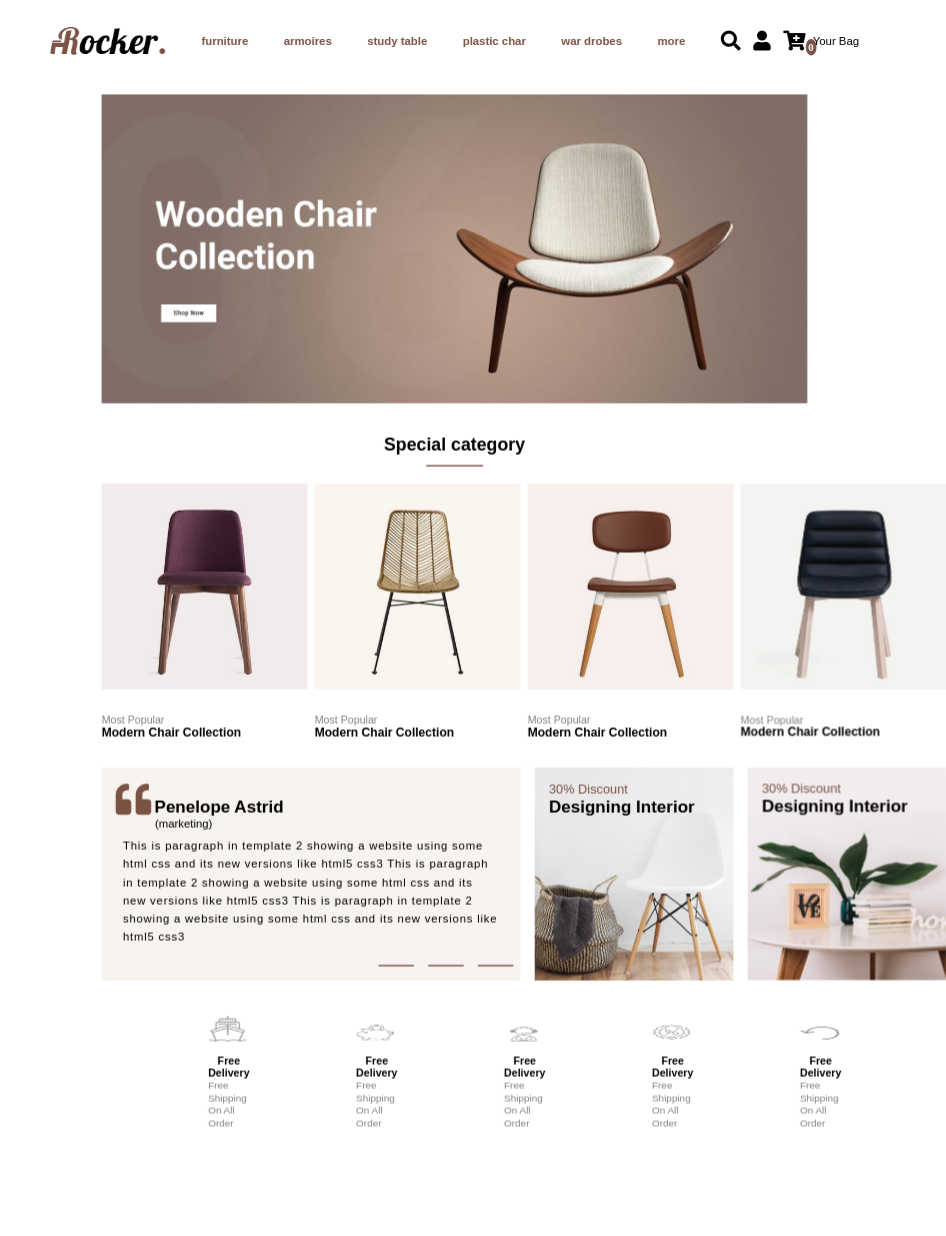
Repository: Ahmed123rezk123/p2-template
Page: index.html
The author's editor kept a copy of each file at every save. The page is drawn from the files as they stood at one save, then again after the next save.
The browser window is 1280 px wide. The page is 1333 px wide, so the pictures cover 1333 px, including what lies to the right of the window. The pictures show the whole page, at 71% of full size.

Above is the page before, as saved 2024-01-24 22:41:18.

### index.html
<!DOCTYPE html>
<html lang="en">
<head>
   <meta charset="UTF-8">
    <title>Project2</title>
  <link rel="stylesheet" href="css/style.css">
  <link rel="stylesheet" href="css/all.css">
</head>
<body>
    <!-- Header -->
    <header>
        <div class="container">
        <div class="logo">
            <a href="#"><img src="images/logo.png" alt="LOGO"></a>
        </div>
        <nav>
            <ul>
                <li><a href="#" class="active">furniture</a></li>
                <li><a href="#">armoires</a></li>
                <li><a href="#">study table</a></li>
                <li><a href="#">plastic char</a></li>
                <li><a href="#">war drobes</a></li>
                <li><a href="#">more</a></li>
            </ul>
            <div class="icons">
            <i class="fas fa-search"></i>
            <i class="fas fa-user"></i>
            <i class="fas fa-cart-plus i3"></i>
            </div>
        <span>Your Bag</span>
        </nav>
        </div>
    </header>
    <!-- Start Section 1 -->
    <section class="section1">
        <div class="container">
            <img src="images/main-banner-1-1600x700.jpg" alt="">
        </div>
    </section>
    <!-- End Section 1 -->
    <!-- Start Section 2 -->
    <section class="section2">
        <div class="container">
            <div class="div">
            <h2 class="specail">Special category</h2>
            <div class="line"></div>
            </div>
           <div class="parent1">
            <div class="div1">
                <img src="images/category-banner1.jpg" alt="">
                <p>Most Popular</p>
            <h3>Modern Chair Collection</h3>
            </div>
            <div class="div2">
                <img src="images/category-banner2.jpg" alt="">
                <p>Most Popular</p>
                <h3>Modern Chair Collection</h3></div>
            <div class="div3">
                <img src="images/category-banner3.jpg" alt="">
                <p>Most Popular</p>
                <h3>Modern Chair Collection</h3>
            </div>
            <div class="div4">
                <img src="images/category-banner4.jpg" alt="">
                <p>Most Popular</p>
                <h3>Modern Chair Collection</h3>
            </div>
            <div class="div5">
                <i class="fas fa-quote-left comma"></i>
                <h2>Penelope Astrid</h2>
                <span>(marketing)</span>
                <p>This is paragraph in template 2 showing a website using some html css and its new versions like html5 css3 This is paragraph in template 2 showing a website using some html css and its new versions like html5 css3 This is paragraph in template 2 showing a website using some html css and its new versions like html5 css3</p>
                <div class="child"></div>
            </div>
            <div class="div6"></div>
            <div class="div7">
                <p>30% Discount</p>
                <h2>Designing Interior</h2>
            </div>
            <div class="div8">
                <p>30% Discount</p>
                <h2>Designing Interior</h2>
            </div>
            <div class="parent2">
                <div class="div1-1">
                    <img src="images/icon1-1.png" alt="">
                    <div class="content-div1">
                    <h3>Free Delivery</h3>
                    <span>Free Shipping On All Order</span>
                </div>
                </div>
                <div class="div2-1">
                    <img src="images/icon2-1.png" alt="">
                    <div class="content-div2">
                        <h3>Free Delivery</h3>
                        <span>Free Shipping On All Order</span>
                    </div>
                </div>
                <div class="div3-1">
                    <img src="images/icon3-1.png" alt="">
                    <div class="content-div3">
                        <h3>Free Delivery</h3>
                        <span>Free Shipping On All Order</span>
                    </div>
                </div>
                <div class="div4-1">
                    <img src="images/icon4-1.png" alt="">
                    <div class="content-div4">
                        <h3>Free Delivery</h3>
                        <span>Free Shipping On All Order</span>
                    </div>
                </div>
                <div class="div5-1">
                    <img src="images/icon5-1.png" alt="">
                    <div class="content-div5">
                        <h3>Free Delivery</h3>
                        <span>Free Shipping On All Order</span>
                    </div>
                </div>
            </div>
           </div>
        </div>
    </section>
    <!-- End Section 2 -->
</body>
</html>

### css/style.css
/* Start variables */
:root {
    --maincolor: #7b5244;
    --subcolor: #333;
}
/* End variables */
/* Start Global Rules   */
* {
    -webkit-box-sizing: border-box;
    -moz-box-sizing: border-box;
    box-sizing: border-box;
   padding: 0;
   margin: 0;
}
body {
    font-family: Arial, Helvetica, sans-serif;
    perspective: 700px;
    transform-style: preserve-3d;
}
html {
    scroll-behavior: smooth;
}
ul {
    list-style: none;
}
.container {
    width: 80%;
    padding-left: 15px;
    padding-right: 15px;
    margin-left: auto;
    margin-right: auto;
}

/* Small */

@media(min-width: 768px) {
    .container {
       width: 750px;
    }
}

/* Medium */

@media(min-width: 992px) {
    .container {
        width: 970px;
    }
}

/* Large  */

@media(min-width: 1200px) {
    .container {
        width: 1170px;
    }
}
/* End Global Rules   */
/* Start Header */
header .container {
    display: flex;
    justify-content: space-between;
    align-items: center;
    position: relative;
    min-height: 97px;
 }
 header nav {
    flex: 1;
    display: flex;
    align-items: center;
    justify-content: flex-end;
}
 header nav ul {
    display: flex;

}
header nav ul li a {

    display: block;
    color: var(--maincolor);
    text-decoration: none;
    font-size: 16px;
    font-weight: bold;
    padding: 50px 0px;
    margin-right: 50px;
}

/* header nav ul li a:hover::before{
content: "";
position: absolute;
border-left: 2px solid var(--maincolor);
border-right: 2px solid var(--maincolor);
width: 60px;
height: 35px;

}  */
header nav .icons {
    font-weight: bold;
    font-size: 28px;
   word-spacing: 10px;
   margin-right: 10px;
}
header nav .icons .i3::after {
    position: absolute;
    content: "0";
    background-color: #7b5244;
    color: #fff;
    padding: 4px;
    border-radius: 50%;
    font-size: 15px;
    bottom: 40px;
    right: 75px;

}
/* End Header */


/* Start section 1 */
.section1 .container {
    width: 80%;
    position: relative;
    margin-top: 15px;
    margin-bottom: 40px;
    margin-left: auto;
    margin-right: auto;

}
.section1 .container img{
 width: 100%;
}
/* End section 1 */


/* Start Section 2 */
.section2 .container {
    width: 80%;
    position: relative;
}
.section2 .container .div {
    margin: 40px auto;
}
.section2 .container .specail {
    text-align: center;
    font-size: 25px;
}
.section2 .container .line {
 position: relative;
}
.section2 .container .line::before {
    content: "";
    position: absolute;
    width: 8%;
    height: 2px;
    background-color: var(--maincolor);
    top: 50%;
    left: 50%;
    transform: translate(-50%,-50%);
    margin: 15px 0;
    transition: .5s;
}
.section2 .container .div:hover  .line::before {
    content: "";
    position: absolute;
    width: 13%;
    height: 2px;
    background-color: var(--maincolor);
    top: 50%;
    left: 50%;
    transform: translate(-50%,-50%);
    margin: 15px 0;
}
.section2 .container .parent1 {
    width: 80%;
    display: grid;
    grid-template-columns: 200px 200px 200px 200px;
    grid-template-rows: 250px 250px;
   grid-gap: 150px 100px;
}
.section2 .container .parent1 img {
    width: 290px ;
    height: 290px;
    margin-bottom: 30px;
}
.section2 .container .parent1 p {
    color: gray;
    font-size: 15px;
}
.section2 .container .parent1 h3 {
    font-size: 17px;
}
.section2 .container .parent1 .div1,
.section2 .container .parent1 .div2,
.section2 .container .parent1 .div3,
.section2 .container .parent1 .div4 {
    position: relative;
}
.section2 .container .parent1 .div1:hover::before {
position: absolute;
content: " > ";
width: 30px;
height: 30px;
background-color: brown;
color: white;
text-align: center;
font-size: 25px;
top: 330px;
left: 260px;
}
.section2 .container .parent1 .div2:hover::before {
    position: absolute;
    content: " > ";
    width: 30px;
    height: 30px;
    background-color: brown;
    color: white;
    text-align: center;
    font-size: 25px;
    top: 330px;
    left: 260px;
}
.section2 .container .parent1 .div3:hover::before {
    position: absolute;
    content: " > ";
    width: 30px;
    height: 30px;
    background-color: brown;
    color: white;
    text-align: center;
    font-size: 25px;
    top: 330px;
    left: 260px;
    }
.section2 .container .parent1 .div4:hover::before {
    position: absolute;
    content: " > ";
    width: 30px;
    height: 30px;
    background-color: brown;
    color: white;
    text-align: center;
    font-size: 25px;
    top: 330px;
    left: 260px;
    }
    .section2 .container .parent1 .div5 {
        width: 590px;
        height: 300px;
        position: relative;
        background-color: #f7f3ef;
        padding: 20px;
        grid-column: 1 / 3;
        grid-row: 2 / 3;
    }
    .section2 .container .parent1 .div5 .comma {
       font-size: 50px;
       color: var(--maincolor);
    }
    .section2 .container .parent1 .div5 h2 {
        display: inline-flex;
    }
    .section2 .container .parent1 .div5 span {
        display: block;
        margin-left: 55px;
    }
    .section2 .container .parent1 .div5 p {
        margin: 10px;
        color: black;
        font-size: 16px;
        line-height: 1.6;
        letter-spacing: 1.1px;
    }
    .section2 .container .parent1 .div5::before {
        content: "";
        position: absolute;
        width: 50px;
        height: 2px;
        background-color: var(--maincolor);
        bottom: 20px;
        right: 10px;

    }
    .section2 .container .parent1 .div5::after {
        content: "";
        position: absolute;
        width: 50px;
        height: 2px;
        background-color: var(--maincolor);
        bottom: 20px;
        right: 80px;

    }
    .section2 .container .parent1 .div5 .child::before {
        content: "";
        position: absolute;
        width: 50px;
        height: 2px;
        background-color: var(--maincolor);
        bottom: 20px;
        right: 150px;

    }
    .section2 .container .parent1 .div7 {
        width: 280px;
        height: 300px;
        position: relative;
        background-image: url(../images/cms-banner-1.jpg);
        background-size: cover;
        margin-left: 10px;
        grid-column: 3 / 4;
        grid-row: 2 / 4;
        transition: .5s;
    }

    .section2 .container .parent1 .div8 {
        width: 280px;
        height: 300px;
        position: relative;
        background-image: url(../images/cms-banner-2.jpg);
        background-size: cover;
        margin-left: 10px;
        grid-column: 4 / 5;
        grid-row: 2 / 5;
        transition: .5s;
    }
    .section2 .container .parent1 .div7 p,
    .section2 .container .parent1 .div8 p {
        padding-left: 20px;
        padding-top: 20px;
        font-size: 18px;
        color: var(--maincolor);
    }
    .section2 .container .parent1 .div7 h2,
    .section2 .container .parent1 .div8 h2 {
        padding-left: 20px;
    }
    .section2 .container .parent1 .div7:hover,
    .section2 .container .parent1 .div8:hover
    {
        /* width: 280px;
        height: 300px; */
        transform: scale( 1.1 , 1.1 );
    }
    .section2 .container .parent1 .parent2 {
        position: relative;
        display: flex;
        justify-content: space-between;
        margin-top: -50px;
        margin-left: -150px;
    }

    .section2 .container .parent1 .parent2 .div1-1,
    .section2 .container .parent1 .parent2 .div2-1,
    .section2 .container .parent1 .parent2 .div3-1,
    .section2 .container .parent1 .parent2 .div4-1,
    .section2 .container .parent1 .parent2 .div5-1 {
        margin-right: 150px;
     }
    .section2 .container .parent1 .parent2 .div1-1 .content-div1 ,
    .section2 .container .parent1 .parent2 .div2-1 .content-div2 ,
    .section2 .container .parent1 .parent2 .div3-1 .content-div3 ,
    .section2 .container .parent1 .parent2 .div4-1 .content-div4 ,
    .section2 .container .parent1 .parent2 .div5-1 .content-div5   {
         margin-top: -30px;


    }

    .section2 .container .parent1 .parent2 .div1-1 h3,
    .section2 .container .parent1 .parent2 .div2-1 h3,
    .section2 .container .parent1 .parent2 .div3-1 h3,
    .section2 .container .parent1 .parent2 .div4-1 h3,
    .section2 .container .parent1 .parent2 .div5-1 h3 {
        font-size: 15px;
        text-align: center;
    }
    .section2 .container .parent1 .parent2 .div1-1 span ,
    .section2 .container .parent1 .parent2 .div2-1 span ,
    .section2 .container .parent1 .parent2 .div3-1 span  ,
    .section2 .container .parent1 .parent2 .div4-1 span ,
    .section2 .container .parent1 .parent2 .div5-1 span  {

        color: gray;
        font-size: 14px;
    }
    .section2 .container .parent1 .parent2 img {
        width: 55px;
        height: 50px;
    }

/* End Section 2 */

Loaded but not shown: css/all.css (library)

After the next save:
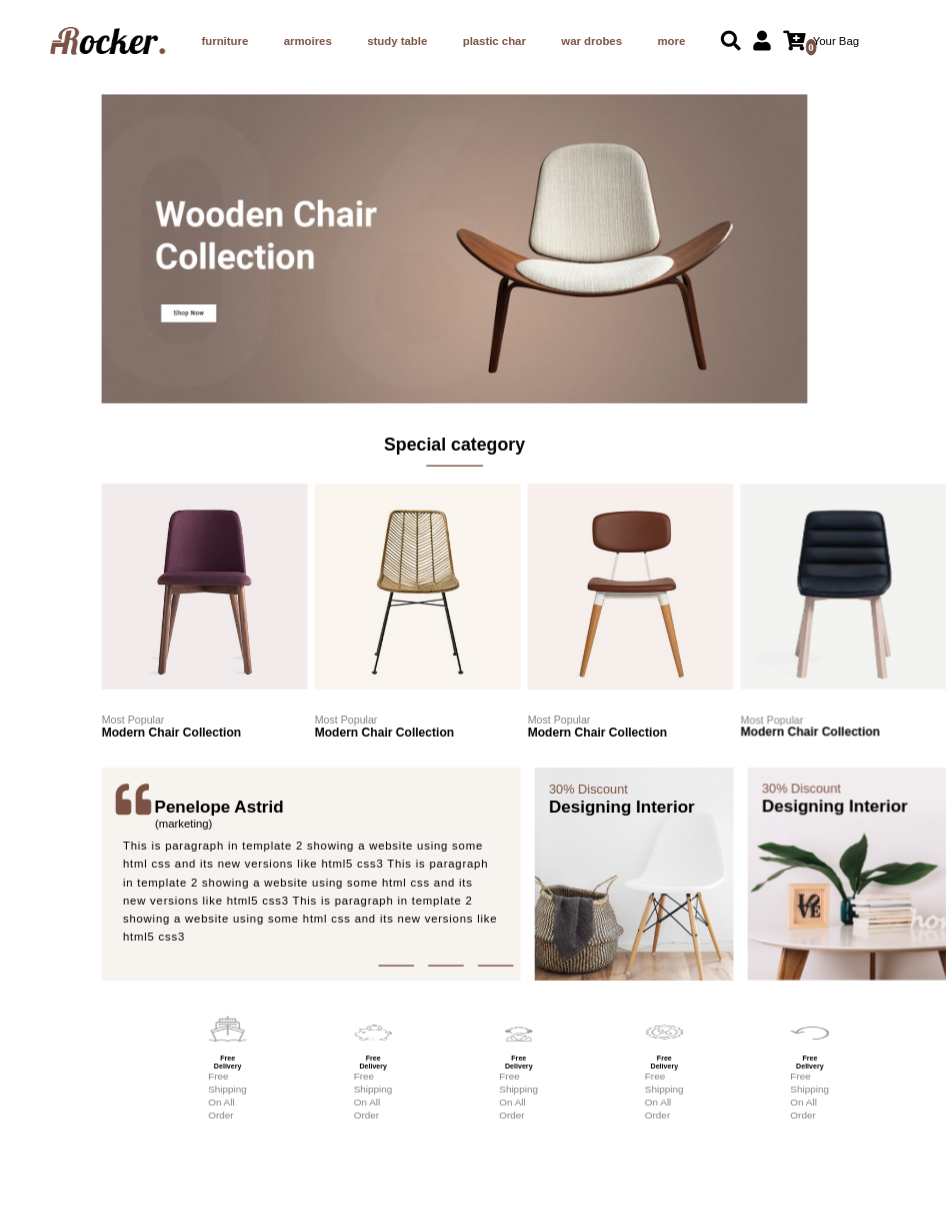
Saved 8 s later.
--- a/css/style.css
+++ b/css/style.css
@@ -369,7 +369,7 @@
     .section2 .container .parent1 .parent2 .div3-1 h3,
     .section2 .container .parent1 .parent2 .div4-1 h3,
     .section2 .container .parent1 .parent2 .div5-1 h3 {
-        font-size: 15px;
+        font-size: 10px;
         text-align: center;
     }
     .section2 .container .parent1 .parent2 .div1-1 span ,

After the save that followed:
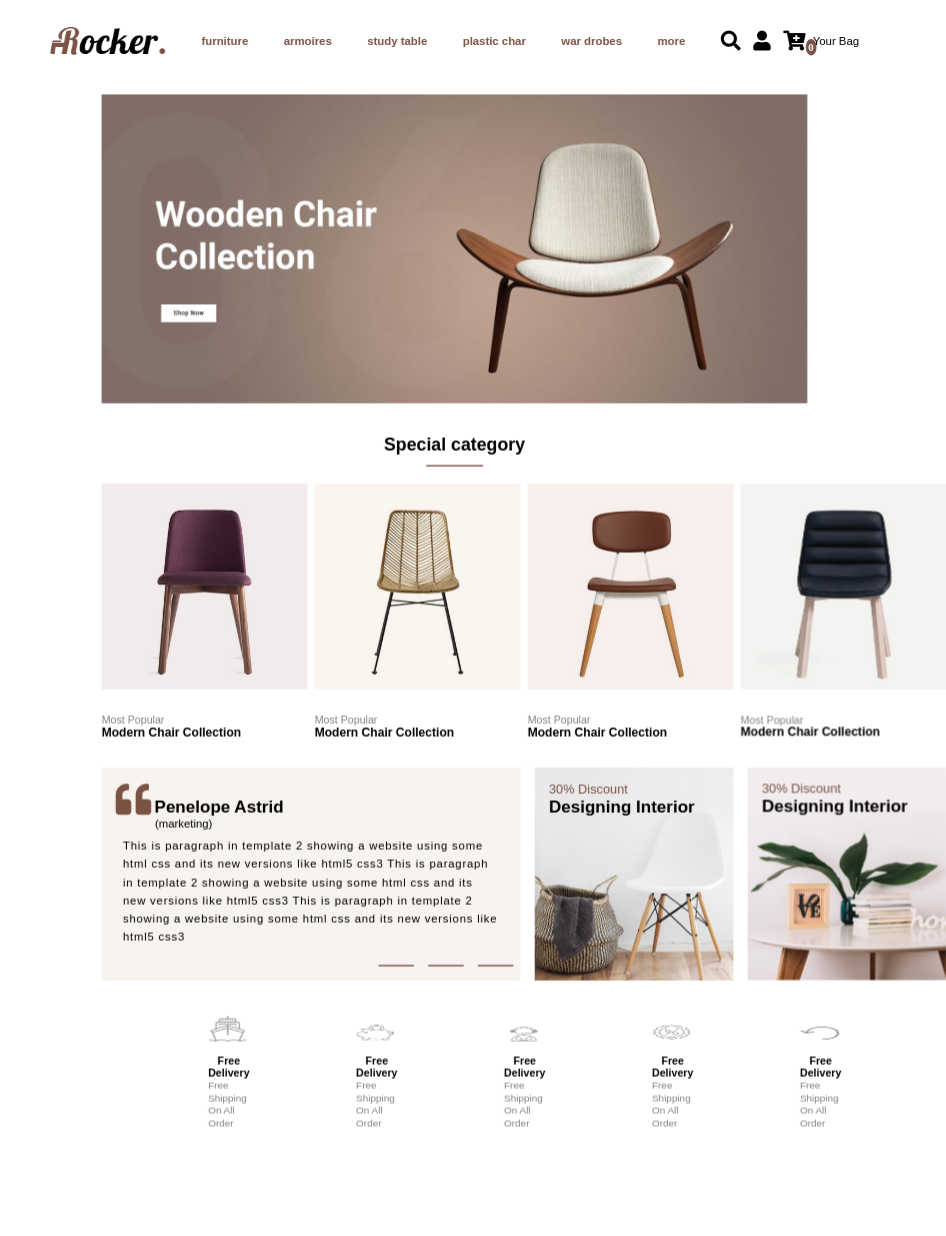
Saved 6 s later.
--- a/css/style.css
+++ b/css/style.css
@@ -369,7 +369,7 @@
     .section2 .container .parent1 .parent2 .div3-1 h3,
     .section2 .container .parent1 .parent2 .div4-1 h3,
     .section2 .container .parent1 .parent2 .div5-1 h3 {
-        font-size: 10px;
+        font-size: 15px;
         text-align: center;
     }
     .section2 .container .parent1 .parent2 .div1-1 span ,
